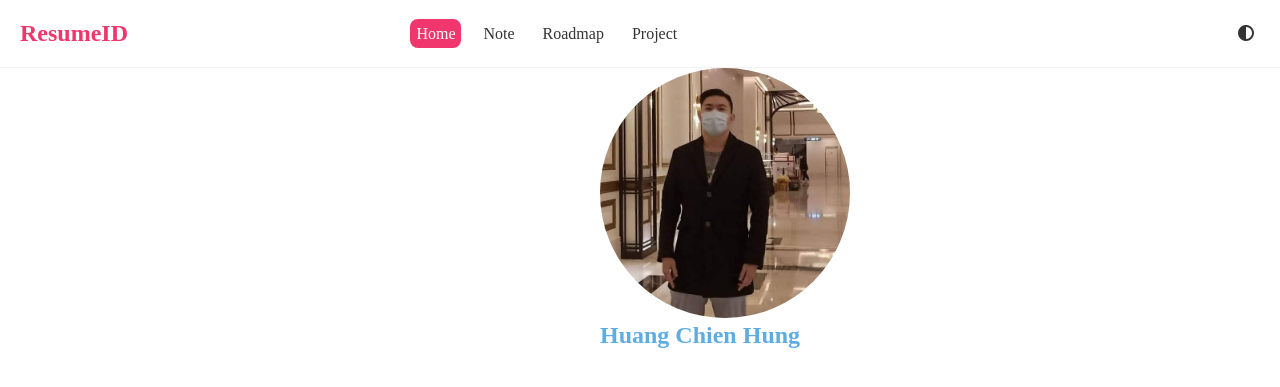
Repository: leo-play-code/ResumeID
Page: /
An editor plug-in stored every save of this project. The page is shown before and after a run of saves, followed by the edit.
The browser window is 1280 px wide. The pictures show the whole page.
Some web libraries are served in a nearby version. The project was rebuilt for these pictures with package versions that can differ from the ones it lists, and the page was loaded fresh each time. Also part of the build but not shown: src/Note/Note.js, src/Roadmap/Roadmap.js, src/Project/Project.js.

Above is the page before, as saved 2022-10-18 14:14:31.

After the next 2 saves:
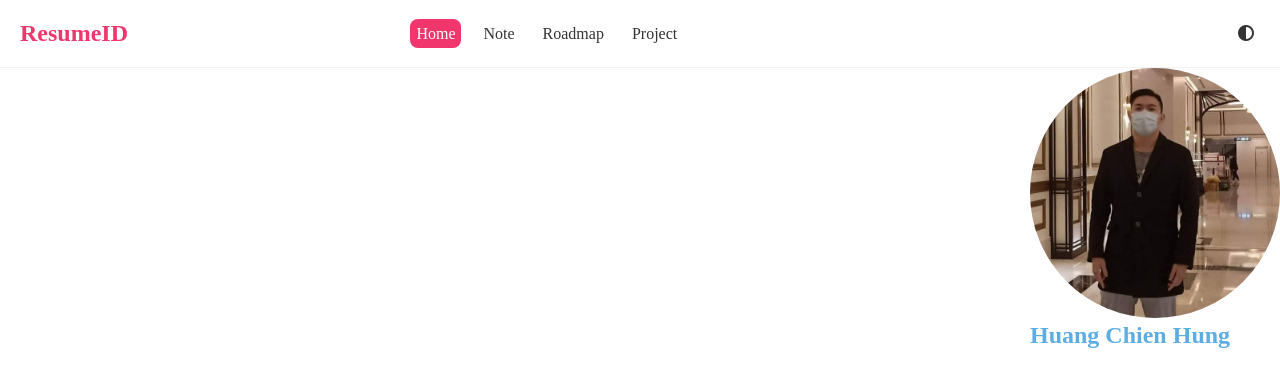
The 2 saves are shown as one change because they came seconds apart.
The last was saved 16 s later.
--- a/src/index.css
+++ b/src/index.css
@@ -59,4 +59,6 @@
   float:left;
 }
 
-.Home .picture
+.Home .profile .picture{
+  float:right;
+}
